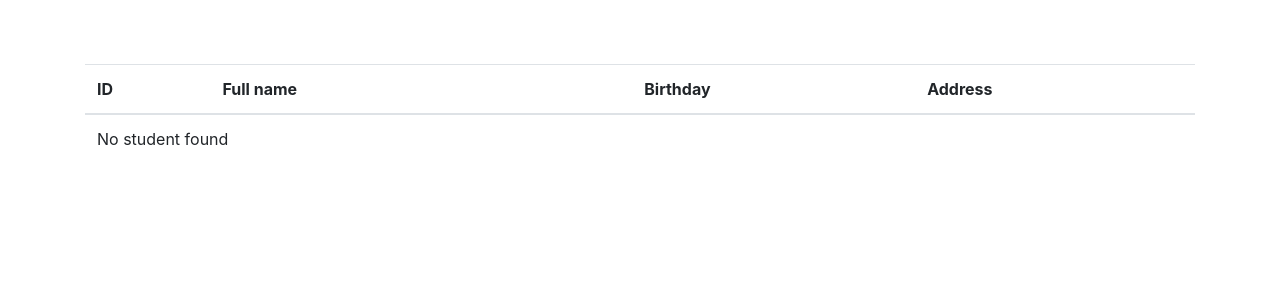
Repository: HungRau/TLU3675-php-laravel
Page: http://localhost/student-manage
An editor plug-in stored every save of this project. The page is shown before and after the next save, followed by the edit.
The browser window is 1280 px wide. The pictures show the whole page.
The page is served by the project's Laravel application, run on PHP 8.4 with Laravel 9. Queries for data that is not in the repository find no rows.

Above is the page before, as saved 2022-10-15 09:58:03.

After the next save:
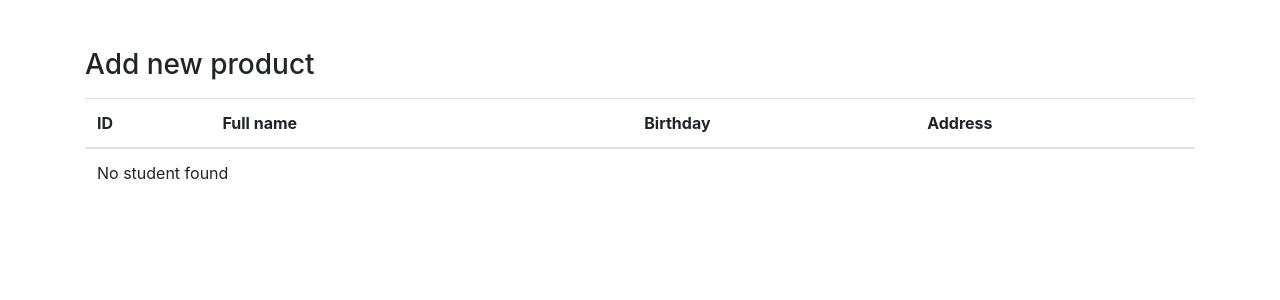
Saved 7 min 5 s later.
--- a/resources/views/student_manage.blade.php
+++ b/resources/views/student_manage.blade.php
@@ -15,7 +15,9 @@
             <div class="col-12 text-center pt-5">
                 {{-- <div class="text-left"><a href="product/create" class="btn btn-outline-primary">Add new
                     product</a></div> --}}
-
+                <div ><h3 class="text-left">Add new
+                        product</h3>
+                </div>
                 <table class="table mt-3  text-left">
                     <thead>
                         <tr>
